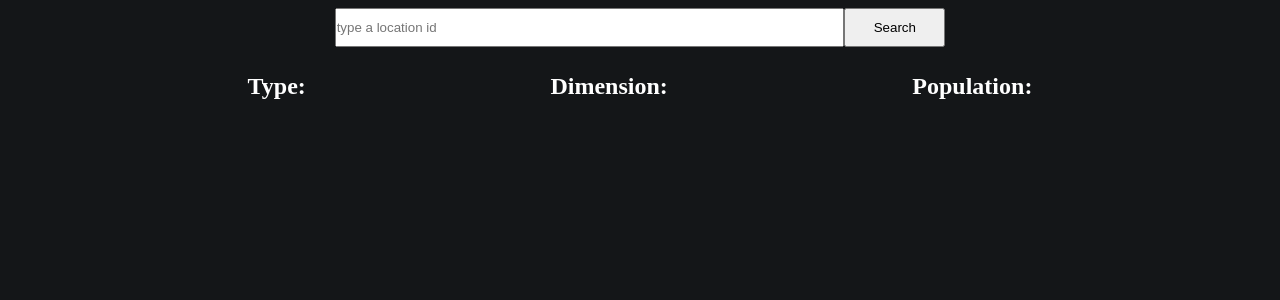
Repository: RobertAries28/ApiRickyMortin
Page: /
The author's editor kept a copy of each file at every save. The page is drawn from the files as they stood at one save, then again after the next save.
The browser window is 1280 px wide. The pictures show the whole page.
The page's requests for data from a server got no answer. The project was rebuilt for these pictures with package versions that can differ from the ones it lists, and the page was loaded fresh each time. No one was signed in, and anything a server would have sent is missing. Also part of the build but not shown: src/ResidentInfo.js.

Above is the page before, as saved 2022-04-29 09:52:25.

After the next save:
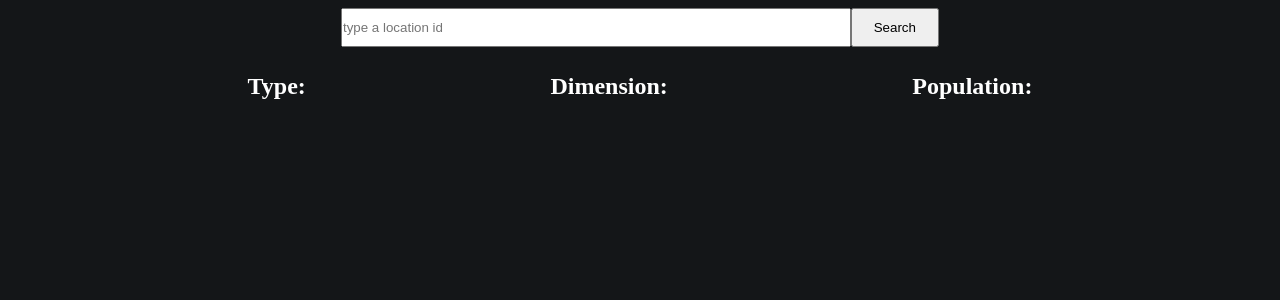
Saved 6 s later.
--- a/src/index.css
+++ b/src/index.css
@@ -80,5 +80,5 @@ body{
 }
 
 .searchBox button{
-  width: 8%;
+  width: 7%;
 }
